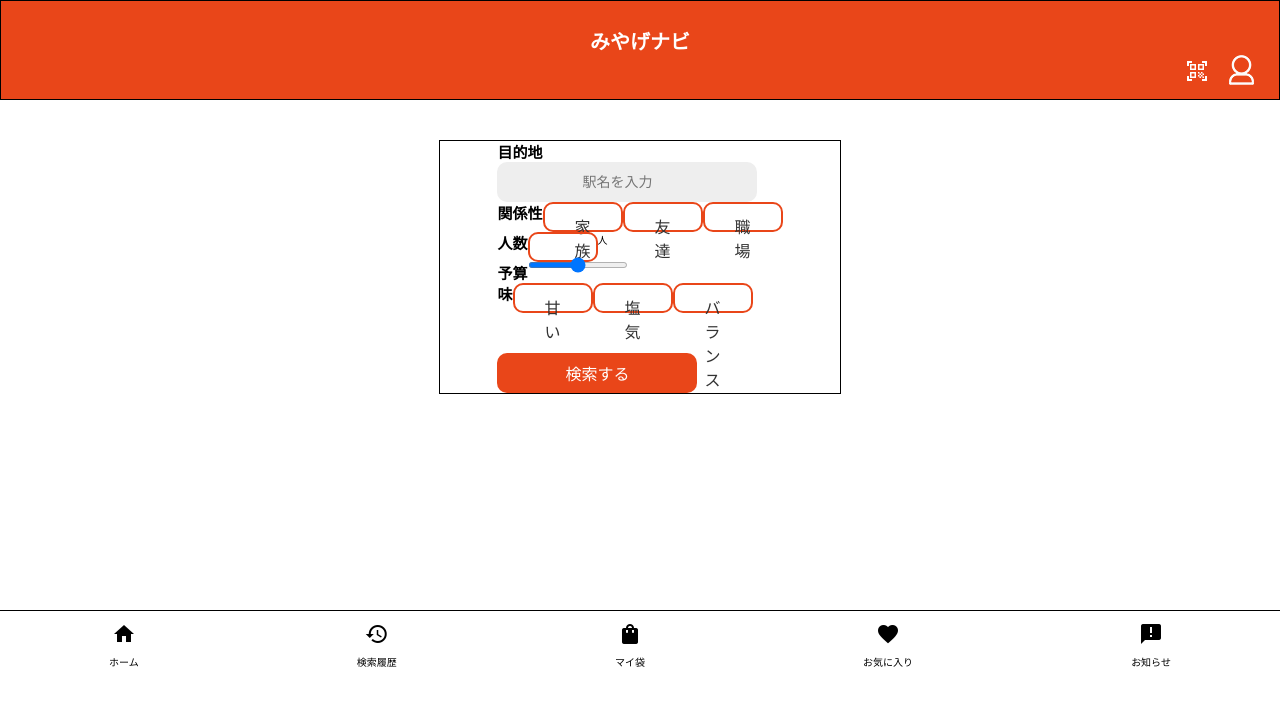
Repository: ama-ne2/miyage_nav
Page: index.html
An editor plug-in stored every save of this project. The page is shown before and after the next save, followed by the edit.
The browser window is 1280 px wide. The pictures show the whole page.

Above is the page before, as saved 2026-02-05 19:19:09.

After the next save:
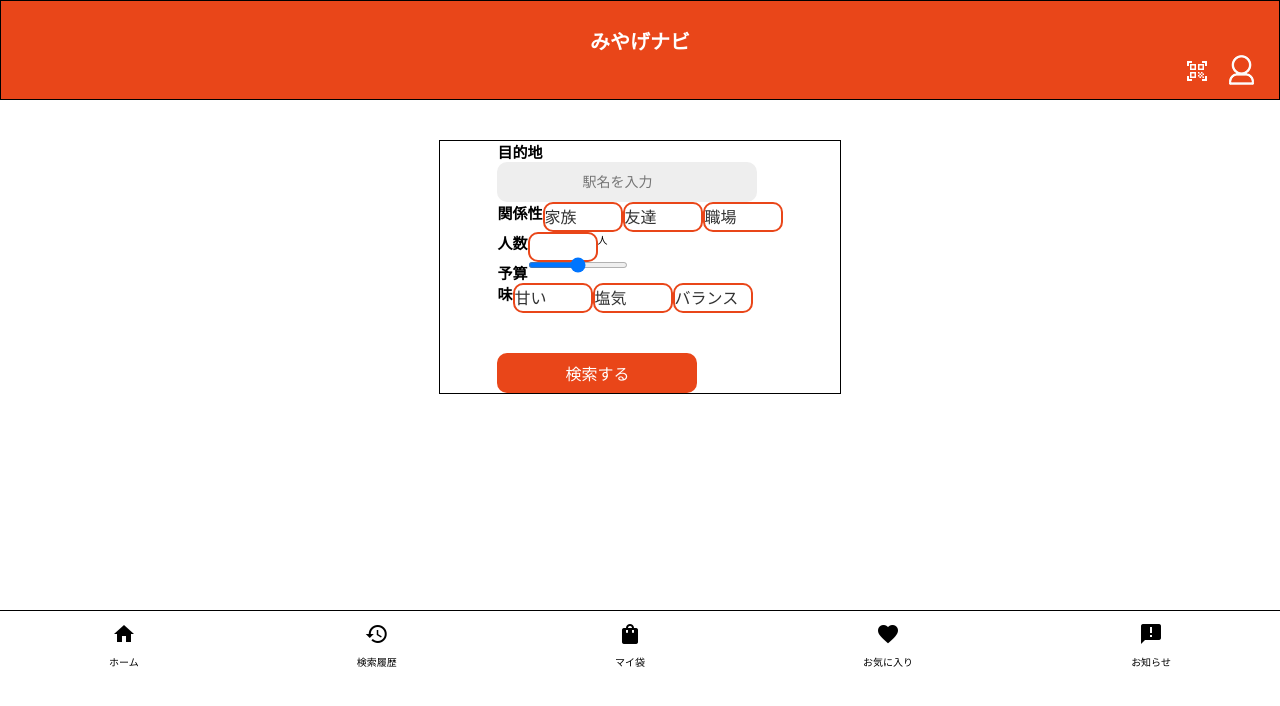
Saved 4 min 47 s later.
--- a/css/index.css
+++ b/css/index.css
@@ -26,7 +26,7 @@ input[type="radio"]{
 input[type="radio"] + label{
     color: #333;
     border: solid 2px #E94619;
-    padding: 1rem 3rem;
+    /* padding: 1rem 3rem; */
     border-radius: 10px;
     font-size: 1.6rem;
     width: 80px;
